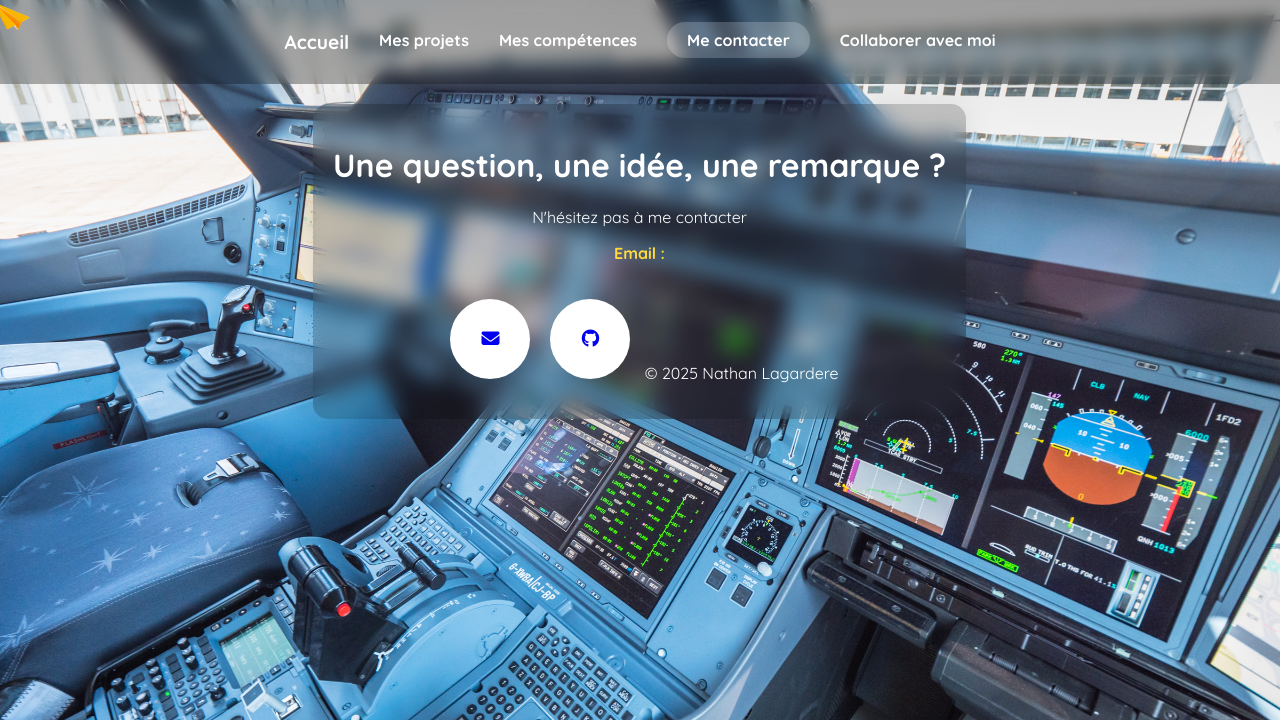
Repository: nlagardere/myportfolio
Page: contact.html
These files come from the project's save history. The page is drawn as it stood at one moment and after a run of saves; the edit follows.
The browser window is 1280 px wide. The pictures show the whole page.

Above is the page before, as saved 2025-09-07 11:06:29.

### contact.html
<!DOCTYPE html>
<html lang="en">
<head>
    <meta charset="UTF-8">
    <meta name="viewport" content="width=device-width, initial-scale=1.0">
    <title>Contact</title>
</head>
<body>
    <!DOCTYPE html>
<html lang="fr">
<head>
  <meta charset="UTF-8">
  <meta name="viewport" content="width=device-width, initial-scale=1.0">
  <title>Portfolio</title>

  <link href="https://fonts.googleapis.com/css2?family=Exo+2:wght@400;700&family=Quicksand:wght@400;700&display=swap" rel="stylesheet">
  <link rel="stylesheet" href="https://cdnjs.cloudflare.com/ajax/libs/font-awesome/6.5.0/css/all.min.css">

  <style>
    html{
      scroll-behavior: smooth;
      cursor: none;
    }

    body {
      font-family: 'Quicksand', sans-serif;
      margin: 0;
      padding: 0;
      min-height: 100vh;
      display: flex;
      flex-direction: column;
      background: url('a350.jpg') no-repeat center center;
      background-size: cover;
      color: #fff;

    }

    header {
      text-align: center;
      padding: 30px 20px;
      background: rgba(0,0,0,0.3);
      backdrop-filter: blur(8px);
    }

    .glasscard, .competences {
      background: rgba(0, 0, 0, 0.2);
      border-radius: 15px;
      padding: 20px;
      margin: 20px auto;
      max-width: 800px;
      backdrop-filter: blur(10px);
      box-shadow: 0 4px 30px rgba(0,0,0,0.1);
      text-align: center;
      animation: zoomPop 1s ease forwards;
      color: white;
    }

    .highlight {
      color: #FFD93D;
      font-weight: bold;
    }

    @keyframes zoomPop {
      0% { opacity: 0; transform: scale(0.1) translateZ(-800px); }
      60% { opacity: 1; transform: scale(1.2) translateZ(50px); }
      80% { transform: scale(0.95) translateZ(0); }
      100% { opacity: 1; transform: scale(1) translateZ(0); }
    }

    .wrapper {
      display: inline-flex;
      justify-content: center;
      list-style: none;
      padding: 20px 0;
      margin: 0 auto;
    }

    .wrapper .icon {
      position: relative;
      background: #ffffff;
      border-radius: 50%;
      padding: 15px;
      margin: 0 10px;
      width: 50px;
      height: 50px;
      font-size: 18px;
      display: flex;
      justify-content: center;
      align-items: center;
      cursor: pointer;
      transition: all 0.2s cubic-bezier(0.68, -0.55, 0.265, 1.55);
    }

    .wrapper .tooltip {
      position: absolute;
      bottom: 100%;
      left: 50%;
      transform: translateX(-50%) translateY(-10px);
      font-size: 14px;
      background: #333;
      color: #fff;
      padding: 5px 8px;
      border-radius: 5px;
      opacity: 0;
      pointer-events: none;
      white-space: nowrap;
      transition: all 0.3s cubic-bezier(0.68, -0.55, 0.265, 1.55);
      z-index: 10;
    }

    .wrapper .tooltip::before {
      content: "";
      position: absolute;
      top: 100%;
      left: 50%;
      transform: translateX(-50%) rotate(45deg);
      width: 8px;
      height: 8px;
      background: #333;
    }

    .wrapper .icon:hover .tooltip {
      opacity: 1;
      pointer-events: auto;
      transform: translateX(-50%) translateY(-15px);
    }

    .wrapper .mail:hover,
    .wrapper .mail:hover .tooltip,
    .wrapper .mail:hover .tooltip::before {
      background: #00CED1;
      color: #fff;
    }

    .wrapper .github:hover,
    .wrapper .github:hover .tooltip,
    .wrapper .github:hover .tooltip::before {
      background: #333333;
      color: #fff;
    }

    .footer{
      text-align: center;
      padding: 15px 20px;
      background: rgba(0,0,0,0.3);
      backdrop-filter: blur(8px);
      color: white;
      margin-top: auto;
    }

    .navbar ul {
      list-style: none;
      padding: 0;
      margin: 0;
      display: flex;
      justify-content: center;
      gap: 30px;
      flex-wrap: wrap;
    }
    .navbar ul li {
      display: inline;
    }
    .navbar ul li a {
      text-decoration: none;
      color: white;
      font-weight: bold;
      transition: color 0.3s;
    }
    .navbar ul li a:hover {
      color: #FFD93D;
    }

    .navbar .accueil a {
      font-size: 1.2em;
      font-weight: bold;
      color: #ffffff;
    }
    .navbar .accueil a:hover {
      color: #FFD93D;
    }

    .accueil-wrapper {
      background: rgba(255, 255, 255, 0.2);
      backdrop-filter: blur(10px);
      padding: 8px 20px;
      border-radius: 25px;
      color: #fff;
      font-weight: bold;
      transition: all 0.3s ease;
    }

    .accueil-wrapper:hover {
      background: rgba(255, 255, 255, 0.4);
      transform: scale(1.05);
      color: #FFD93D;
    }

    #mouse {
  position: fixed;
  top: 0;
  left: 0;
  width: 64px;
  height: 64px;
  background: url('cursor.png') no-repeat center center;
  background-size: contain;
  pointer-events: none; /* pour que le curseur ne bloque pas les clics */
  transform: translate(-50%, -50%);
  z-index: 9999;
  transform: translate(-35%, -25%);
  pointer-events: none;
}

::selection {
  background-color: #ffcc00; /* couleur de fond */
  color: #000000;            /* couleur du texte */
}


    @media (max-width: 600px) {
      .letter-block .letter {
        font-size: 2.5em;
      }
    }

  </style>
</head>
<body>
  <div id="mouse"></div>
  <header>
    <nav class="navbar">
      <ul>
        <li class="accueil">
          <a href="index.html">Accueil</a>
        </li>
        <li><a href="projects.html">Mes projets</a></li>
        <li><a href="competences.html">Mes compétences</a></li>
        <li><a href="contact.html"  class="accueil-wrapper">Me contacter</a></li>
        <li><a href="collaborate.html">Collaborer avec moi</a></li>
      </ul>
    </nav>
  </header>
  <div class="glasscard">
    <h1>Une question, une idée, une remarque ?</h1>
    <p>N'hésitez pas à me contacter </p>
    <p class="highlight">Email : <a href="mailto:nathan.lagard
  </div>


  <div class="footer">
    <ul class="wrapper">
      <li class="icon mail">
        <a href="mailto:nathan.lagardere@gmail.com" target="_blank">
          <span class="tooltip">Mail</span>
          <i class="fas fa-envelope"></i>
        </a>
      </li>
      <li class="icon github">
        <a href="https://github.com/nlagardere" target="_blank">
          <span class="tooltip">Github</span>
          <i class="fab fa-github"></i>
        </a>
      </li>
    </ul>
    © 2025 Nathan Lagardere
  </div>

  <script>
    const mouse = document.querySelector('#mouse')
    window.addEventListener('mousemove', (e) => {
      mouse.style.top = e.pageY + 'px'
      mouse.style.left = e.pageX + 'px'
    })
  </script>
</body>
</html>

</body>
</html>

After the next 2 saves:
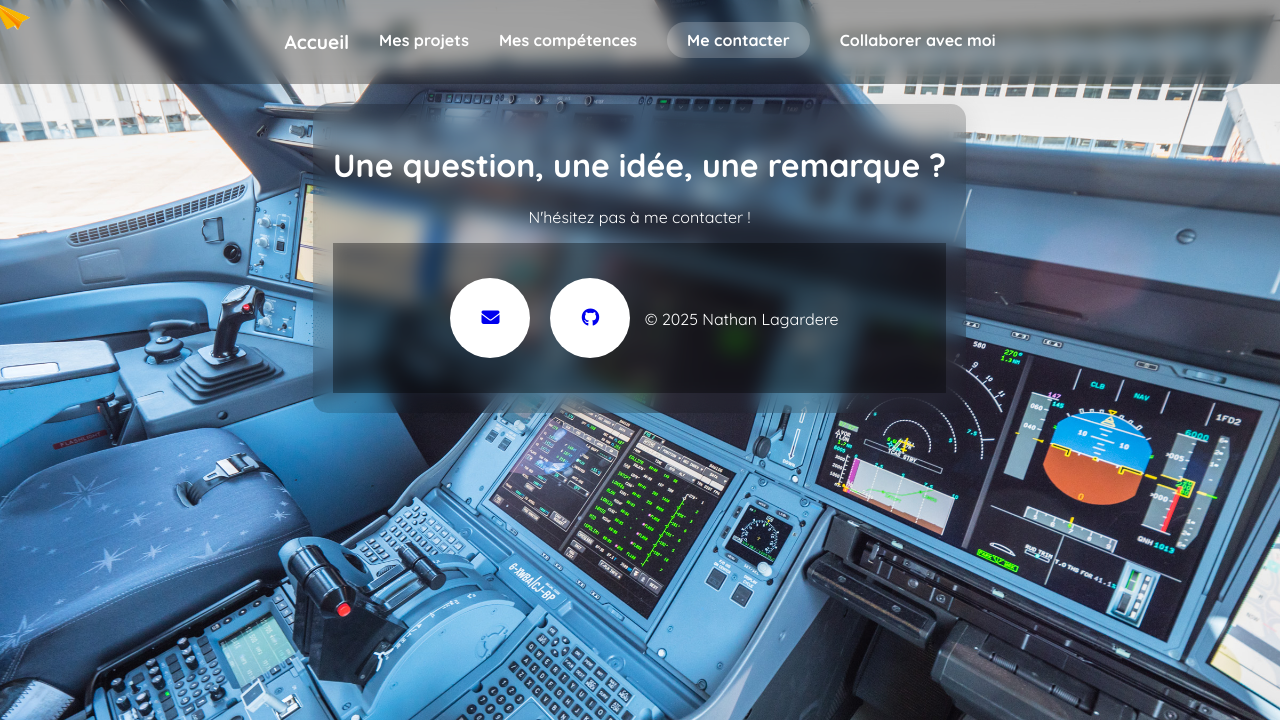
The 2 saves are shown as one change because they came seconds apart.
The last was saved 8 s later.
--- a/contact.html
+++ b/contact.html
@@ -241,9 +241,8 @@
   </header>
   <div class="glasscard">
     <h1>Une question, une idée, une remarque ?</h1>
-    <p>N'hésitez pas à me contacter </p>
-    <p class="highlight">Email : <a href="mailto:nathan.lagard
-  </div>
+    <p>N'hésitez pas à me contacter !</p>
+
 
 
   <div class="footer">
